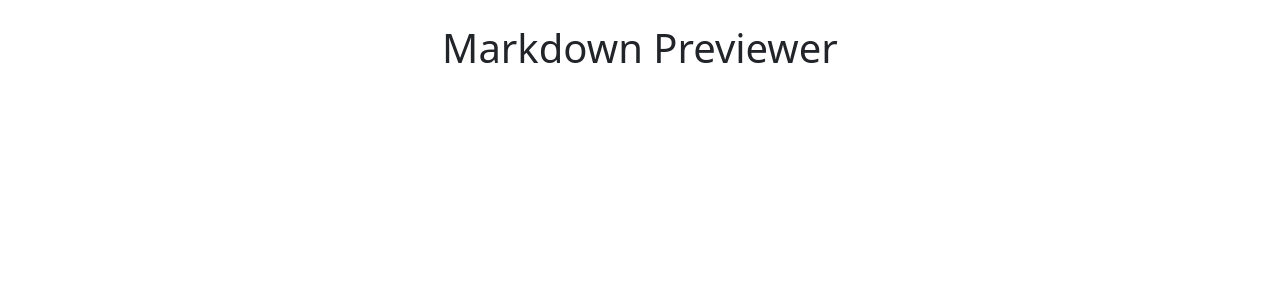
Repository: MikeeBuilds/markdownpreviewer
Page: index.html
An editor plug-in stored every save of this project. The page is shown before and after the next save, followed by the edit.
The browser window is 1280 px wide. The pictures show the whole page.

Above is the page before, as saved 2023-04-15 14:17:54.

### index.html
<!DOCTYPE html>
<html lang="en">
  <head>
    <meta charset="UTF-8" />
    <meta http-equiv="X-UA-Compatible" content="IE=edge" />
    <meta name="viewport" content="width=device-width, initial-scale=1.0" />
    <link rel="stylesheet" href="https://cdnjs.cloudflare.com/ajax/libs/twitter-bootstrap/5.2.3/css/bootstrap.min.css"/>
    <link rel="stylesheet" href="./style.css" />
    <script
      crossorigin
      src="https://unpkg.com/react@16/umd/react.development.js"
    ></script>
    <script
      crossorigin
      src="https://unpkg.com/react-dom@16/umd/react-dom.development.js"
    ></script>
    <script src="https://unpkg.com/@babel/standalone/babel.min.js"></script>
    <title>Markdown Previewer</title>
  </head>
  <body>
    <div id="root"></div>
    <script type="text/babel" src="./index.js"></script>
  </body>
</html>

### index.js
function App() {
    return (
        <div className="text-center px-4">
            <h1 className="p-4">Markdown Previewer</h1>

        </div>

    )
}




ReactDOM.render(<App />, document.getElementById('root'));

Loaded but not shown: style.css (no stored copy; drawn as an empty file)

After the next save:
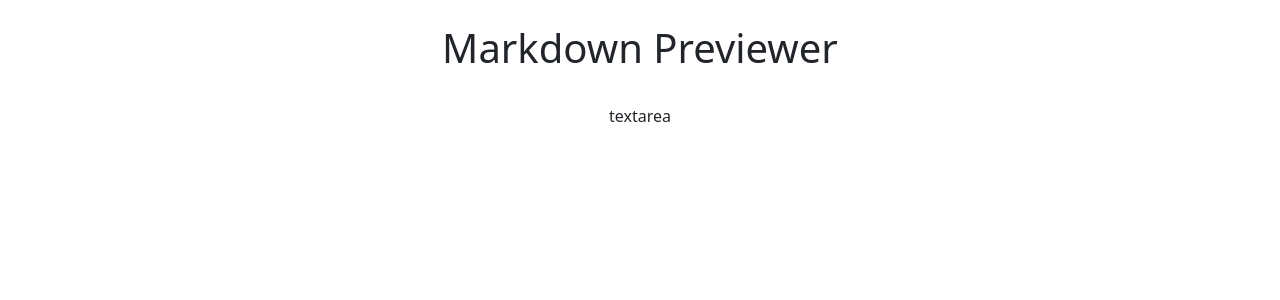
Saved 4 s later.
--- a/index.js
+++ b/index.js
@@ -2,7 +2,7 @@ function App() {
     return (
         <div className="text-center px-4">
             <h1 className="p-4">Markdown Previewer</h1>
-
+            textarea
         </div>
 
     )
